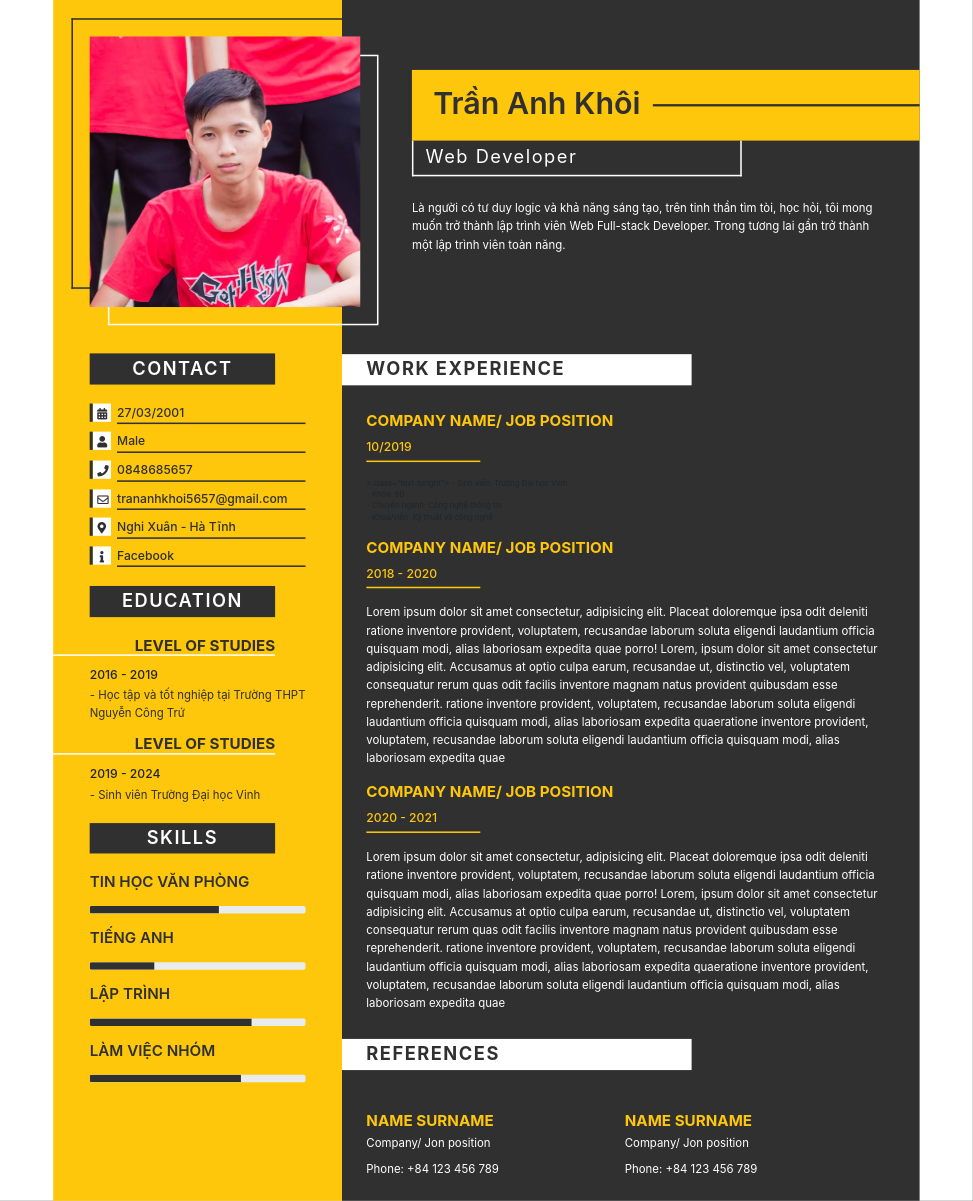
Repository: khoitadev/myCV
Page: index.html
These files come from the project's save history. The page is drawn as it stood at one moment and after the next save; the edit follows.
The browser window is 1280 px wide. The pictures show the whole page, at 76% of full size.
Some web libraries are served in a nearby version.

Above is the page before, as saved 2022-02-11 22:50:42.

### index.html
<!DOCTYPE html>
<html lang="en">
  <head>
    <meta charset="UTF-8" />
    <meta http-equiv="X-UA-Compatible" content="IE=edge" />
    <meta name="viewport" content="width=device-width, initial-scale=1.0" />
    <title>MY CV</title>
    <link
      rel="stylesheet"
      href="https://cdn.jsdelivr.net/npm/bootstrap@4.6.0/dist/css/bootstrap.min.css"
      integrity="sha384-B0vP5xmATw1+K9KRQjQERJvTumQW0nPEzvF6L/Z6nronJ3oUOFUFpCjEUQouq2+l"
      crossorigin="anonymous"
    />
    <link rel="preconnect" href="https://fonts.googleapis.com" />
    <link rel="preconnect" href="https://fonts.gstatic.com" crossorigin />
    <link
      href="https://fonts.googleapis.com/css2?family=Poppins:wght@400;600;700&display=swap"
      rel="stylesheet"
    />
    <link
      rel="stylesheet"
      href="https://pro.fontawesome.com/releases/v5.10.0/css/all.css"
      integrity="sha384-AYmEC3Yw5cVb3ZcuHtOA93w35dYTsvhLPVnYs9eStHfGJvOvKxVfELGroGkvsg+p"
      crossorigin="anonymous"
    />
    <link
      rel="icon"
      href="./assets/img/cv2.jpg"
      style="border-radius: 50%;"
      type="image/gif"
      sizes="16x16"
    />

    <link rel="stylesheet" href="./assets/css/style.css" />
  </head>
  <body>
    <div class="container">
      <div class="row">
        <div class="col-md-4 cv__left">
          <div class="cv__img">
            <img src="./assets/img/cv2.jpg" />
          </div>
          <div class="cv__body-left">
            <h2 class="heading__left">CONTACT</h2>
            <p class="text contact__text"><i class="fas fa-calendar-alt"></i> <span class="contact__line" >27/03/2001</span></p>
            <p class="text contact__text"><i class="fas fa-user"></i> <span class="contact__line" >Male</span></p>
            <p class="text contact__text">
              <i class="fas fa-phone"></i> <a class="contact__line" href="tel:0848685657">0848685657</a>
            </p>
            <p class="text contact__text">
              <i class="far fa-envelope"></i>
              <a class="contact__line" href="mailto:trananhkhoi5657@gmail.com"
                >trananhkhoi5657@gmail.com</a
              >
            </p>
            <p class="text contact__text">
              <i class="fas fa-map-marker-alt"></i> <span class="contact__line" >Nghi Xuân - Hà Tĩnh</span>
            </p>
            <p class="text contact__text">
              <i class="fas fa-info"></i>
              <a class="contact__line" href="https://www.facebook.com/khoiaiti"
                >Facebook</a
              >
            </p>
            <p class="text description">

            </p>
            <h2 class="heading__left">EDUCATION</h2>
            <h3 class="edu__heading">LEVEL OF STUDIES</h3>
            <h4 class="edu__title">2016 - 2019</h4>
            <p class="text">- Học tập và tốt nghiệp tại Trường THPT Nguyễn Công Trứ</p>
            <h3 class="edu__heading">LEVEL OF STUDIES</h3>
            <h4 class="edu__title">2019 - 2024</h4>
            <p class="text">- Sinh viên Trường Đại học Vinh</p>

            <h2 class="heading__left">SKILLS</h2>
            <h3 class="heading__title">TIN HỌC VĂN PHÒNG</h3>

            <div class="progress progress__line" style="height: 10px">
              <div class="progress-bar" style="width: 60%; height: 10px; background-color: #303030;"></div>
            </div>

            <h3 class="heading__title">TIẾNG ANH</h3>

            <div class="progress progress__line" style="height: 10px">
              <div class="progress-bar" style="width: 30%; height: 10px; background-color: #303030;"></div>
            </div>

            <h3 class="heading__title">LẬP TRÌNH</h3>
            <div class="progress progress__line" style="height: 10px">
              <div class="progress-bar" style="width: 75%; height: 10px; background-color: #303030;"></div>
            </div>
            <h3 class="heading__title">LÀM VIỆC NHÓM</h3>
            <div class="progress progress__line" style="height: 10px">
              <div class="progress-bar" style="width: 70%; height: 10px; background-color: #303030;"></div>
            </div>
            <!-- <h3 class="heading__title">SKILL #5</h3>
            <div class="progress progress__line" style="height: 10px">
              <div class="progress-bar" style="width: 60%; height: 10px; background-color: #303030;"></div>
            </div> -->
          </div>
        </div>
        <div class="col-md-8 cv__right">
          <div class="cv__intro">
            <div class="name"><h2>Trần Anh Khôi</h2> <span></span></div>
            <h2 class="name__des">Web Developer</h2>
            <p class="text-toright">Là người có tư duy logic và khả năng sáng tạo, trên tinh thần tìm tòi, học hỏi, tôi mong muốn trở
              thành lập trình viên Web Full-stack Developer. Trong tương lai gần trở thành một lập trình viên toàn năng.
              <br>
              <br>
              <br>
              <br>

            </p>
            <br>
          </div>
          <h2 class="heading__right">WORK EXPERIENCE</h2>
          <h3 class="work__heading">COMPANY NAME/ JOB POSITION</h3>
          <h4 class="work__title">10/2019</h4>
          < class="text-toright">
          - Sinh viên: Trường Đại học Vinh <br>
          - Khóa: 60 <br>
          - Chuyên ngành: Công nghệ thông tin <br>
          - Khoa/viện: Kỹ thuật và công nghệ
          </p>
          <h3 class="work__heading">COMPANY NAME/ JOB POSITION</h3>
          <h4 class="work__title">2018 - 2020</h4>
          <p class="text-toright">Lorem ipsum dolor sit amet consectetur, adipisicing elit. Placeat doloremque ipsa odit deleniti ratione inventore provident, voluptatem, recusandae laborum soluta eligendi laudantium officia quisquam modi, alias laboriosam expedita quae porro!
            Lorem, ipsum dolor sit amet consectetur adipisicing elit. Accusamus at optio culpa earum, recusandae ut, distinctio vel, voluptatem consequatur rerum quas odit facilis inventore magnam natus provident quibusdam esse reprehenderit. ratione inventore provident, voluptatem, recusandae laborum soluta eligendi laudantium officia quisquam modi, alias laboriosam expedita quaeratione inventore provident, voluptatem, recusandae laborum soluta eligendi laudantium officia quisquam modi, alias laboriosam expedita quae
          </p>
          <h3 class="work__heading">COMPANY NAME/ JOB POSITION</h3>
          <h4 class="work__title">2020 - 2021</h4>
          <p class="text-toright">Lorem ipsum dolor sit amet consectetur, adipisicing elit. Placeat doloremque ipsa odit deleniti ratione inventore provident, voluptatem, recusandae laborum soluta eligendi laudantium officia quisquam modi, alias laboriosam expedita quae porro!
            Lorem, ipsum dolor sit amet consectetur adipisicing elit. Accusamus at optio culpa earum, recusandae ut, distinctio vel, voluptatem consequatur rerum quas odit facilis inventore magnam natus provident quibusdam esse reprehenderit. ratione inventore provident, voluptatem, recusandae laborum soluta eligendi laudantium officia quisquam modi, alias laboriosam expedita quaeratione inventore provident, voluptatem, recusandae laborum soluta eligendi laudantium officia quisquam modi, alias laboriosam expedita quae
          </p>
          <h2 class="heading__right">REFERENCES</h2>
          <div class="ref">
            <div class="ref-left">
              <h3 class="work__heading">NAME SURNAME</h3>
              <p class="text-toright">Company/ Jon position
              </p>
              <p class="text-toright">Phone: +84 123 456 789
              </p>
            </div>
            <div class="ref-right">
              <h3 class="work__heading">NAME SURNAME</h3>
              <p class="text-toright">Company/ Jon position
              </p>
              <p class="text-toright">Phone: +84 123 456 789
              </p>
            </div>
          </div>
        </div>
      </div>
    </div>
  </body>
</html>

### assets/css/style.css
:root {
  --primary-color: #fec70b;
  --second-color: #303030;
  --white-color: #fff;
}
* {
  margin: 0;
  padding: 0;
  box-sizing: border-box;
}
html {
  font-family: "Poppins", sans-serif;
  font-size: 62.5%;
  color: var(--white-color);
}

img {
  width: 100%;
  object-fit: cover;
}
a {
  text-decoration: none;
  display: inline-block;
  color: var(--second-color);
}
a:hover {
  color: var(--white-color);
}
p {
  font-size: 1.5rem;
  line-height: 1.6;
  color: var(--white-color);
}
i {
  position: relative;
  margin: 0 8px 0 4px;
  padding: 6px;
  background-color: var(--white-color);
  font-size: 1.5rem;
  color: var(--second-color);
  width: 2.4rem;
  height: 2.4rem;
  text-align: center;
}
i::after {
  content: "";
  display: block;
  position: absolute;
  background-color: var(--second-color);
  top: 0;
  left: -4px;
  bottom: 0;
  width: 4px;
  z-index: 1;
}
.cv__left {
  padding: 2.4rem;
  background-color: var(--primary-color);
}

.cv__img {
  position: relative;
  right: -2.4rem;
  bottom: -2.4rem;
  z-index: 1;
  text-align: right;
  margin-right: -2.4rem;
}
.cv__img::before {
  content: "";
  display: block;
  position: absolute;
  border-top: 2px solid var(--second-color);
  border-bottom: 2px solid var(--second-color);
  border-left: 2px solid var(--second-color);
  top: -2.4rem;
  left: -2.4rem;
  right: 0rem;
  bottom: 2.4rem;
  z-index: -1;
}
.cv__img::after {
  content: "";
  display: block;
  position: absolute;
  border: 2px solid var(--white-color);
  top: 2.4rem;
  left: 2.4rem;
  right: -2.4rem;
  bottom: -2.4rem;
  z-index: -1;
}
.cv__img img {
  min-width: 90%;
  height: auto;
}

.cv__body-left {
  padding: 6rem 2.4rem 0 2.4rem;
}

.cv__contact {
  border-bottom: 2px solid var(--second-color);
}

.heading__left {
  margin: 2.5rem 4rem 2.5rem 0;
  padding: 0.6rem;
  color: #fff;
  background-color: var(--second-color);
  max-width: 42rem;
  font-size: 2.4rem;
  font-weight: 600;
  text-align: center;
  letter-spacing: 2px;
}
.edu__heading{
  font-size: 2rem;
  text-align: end;
  border-bottom: 2px solid var(--white-color);
  margin: 1.6rem 4rem 1.6rem -4.8rem;
  color: var(--second-color);
  font-weight: 700;
}
.edu__title{
  font-size: 1.6rem;
  font-weight: 500;
}
.edu__title + .text {
  text-align: justify;
}

.cv__right {
  padding: 3.2rem 4.8rem 2rem 3.2rem;
  background-color: var(--second-color);
}
.cv__intro {
  margin-left: 6rem;
}
.name {
  display: flex;
  align-items: center;
  padding: 2rem 0 2rem 2.8rem;
  margin: 6rem -4.8rem 0 0;
  background-color: var(--primary-color);
}
.name h2 {
  color: var(--second-color);
  font-size: 4rem;
  font-weight: 600;
}
.name span {
  margin-left: 1.6rem;
  background-color: var(--second-color);
  height: 3px;
  flex: 1;
}

.name__des {
  display: inline-block;
  margin-bottom: 3rem;
  color: var(--white-color);
  font-size: 2.4rem;
  font-weight: 400;
  width: 70%;
  letter-spacing: 2px;
  padding: 0.8rem 1.6rem;
  border-right: 2px solid var(--white-color);
  border-bottom: 2px solid var(--white-color);
  border-left: 2px solid var(--white-color);
}
.heading__right {
  margin: 3.5rem 0 3.5rem -3.2rem;
  padding: 0.6rem 3.2rem;
  background-color: var(--white-color);
  color:var(--second-color);
  max-width: 46rem;
  font-size: 2.4rem;
  font-weight: 700;
  letter-spacing: 2px;
}

.heading__title {
  margin: 8px 0;
  color: var(--second-color);
  font-size: 2rem;
  font-weight: 600;
}
.work__heading{
  margin-top: 2rem;
  font-size: 2rem;
  color: var(--primary-color);
  font-weight: 700;
}
.work__title{
  margin-bottom: 2rem;
  padding: 8px 0;
  max-width: 15rem;
  font-size: 1.6rem;
  color: var(--primary-color);
  font-weight: 500;
  border-bottom: 2px solid var(--primary-color);
}
.time {
  font-size: 1.4rem;
  font-weight: 300;
}
.progress__line {
  margin: 2rem 0;
}
.interests {
  list-style: circle;
  padding-left: 2rem;
}
.text {
  font-size: 1.5rem;
  line-height: 1.6;
  color: var(--second-color);
}
.text-toright {
  color: var(--white-color);
}
.description {
  margin-top: 1.6rem;
  text-align: justify;
}
.contact__text {
  display: flex;
}
.contact__line {
  flex: 1;
  font-size: 1.6rem;
  font-weight: 500;
  border-bottom: 2px solid var(--second-color);
}
.ref {
  display: flex;
}
.ref-left, .ref-right {
  flex: 1;
}

After the next save:
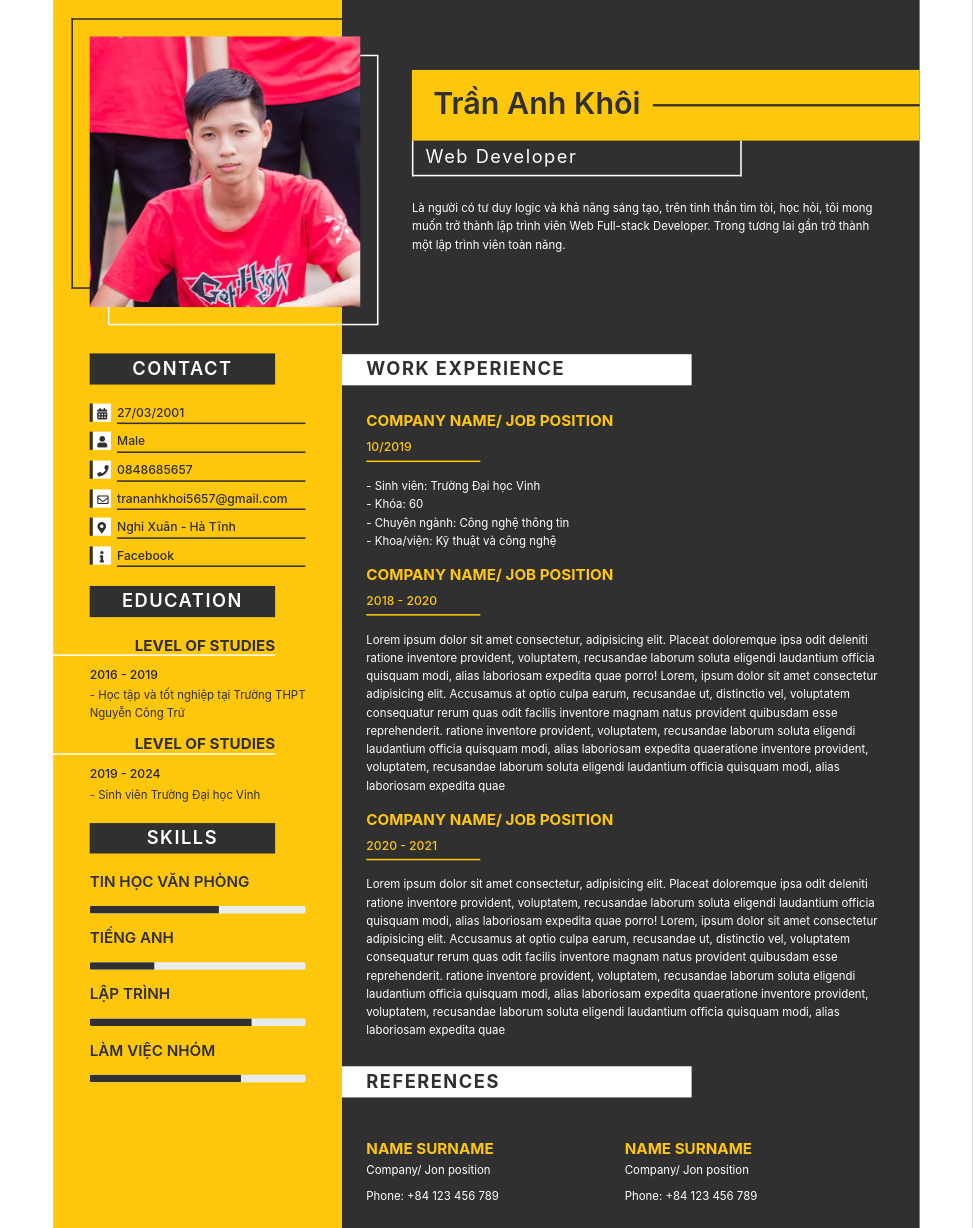
Saved 34 s later.
--- a/index.html
+++ b/index.html
@@ -117,7 +117,7 @@
           <h2 class="heading__right">WORK EXPERIENCE</h2>
           <h3 class="work__heading">COMPANY NAME/ JOB POSITION</h3>
           <h4 class="work__title">10/2019</h4>
-          < class="text-toright">
+          <p class="text-toright">
           - Sinh viên: Trường Đại học Vinh <br>
           - Khóa: 60 <br>
           - Chuyên ngành: Công nghệ thông tin <br>
